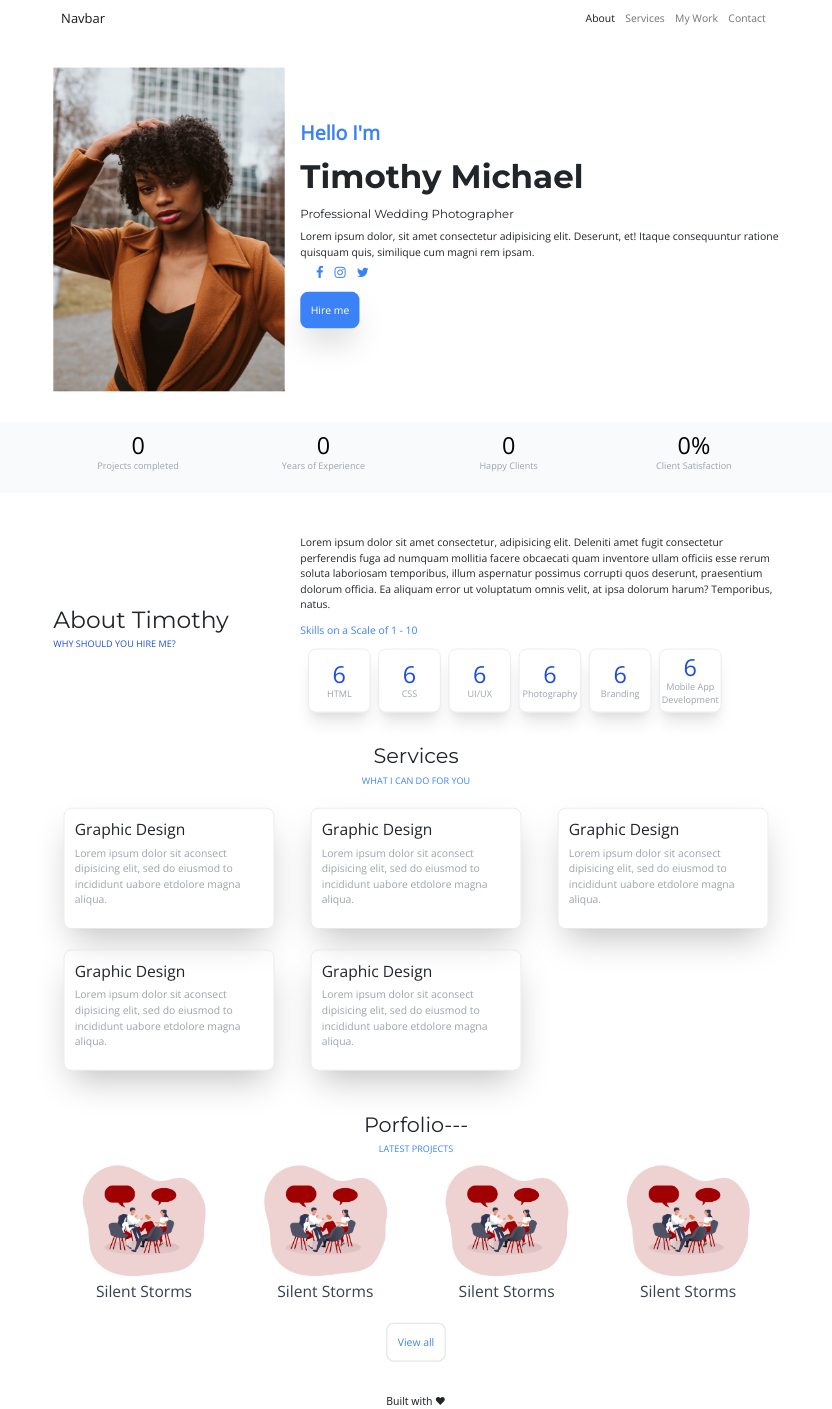
Repository: latenightsnacc/giggles
Page: HTML/freelancer.html
These files come from the project's save history. The page is drawn as it stood at one moment and after the next save; the edit follows.
The browser window is 1280 px wide. The pictures show the whole page, at 65% of full size.
Some web libraries are served in a nearby version.

Above is the page before, as saved 2021-01-03 17:23:42.

### HTML/freelancer.html
<!DOCTYPE html>
<html lang="en">
<head>
    <meta charset="UTF-8">
    <meta name="viewport" content="width=device-width, initial-scale=1.0">
    <link href="https://cdnjs.cloudflare.com/ajax/libs/tailwindcss/2.0.2/tailwind.min.css" rel="stylesheet">
    <link rel="stylesheet" href="https://stackpath.bootstrapcdn.com/font-awesome/4.7.0/css/font-awesome.min.css" />
    <link href="https://cdn.jsdelivr.net/npm/bootstrap@5.0.0-beta1/dist/css/bootstrap.min.css" rel="stylesheet" integrity="sha384-giJF6kkoqNQ00vy+HMDP7azOuL0xtbfIcaT9wjKHr8RbDVddVHyTfAAsrekwKmP1" crossorigin="anonymous">
    <link rel="stylesheet" href="stylesheet.css">
    <title>Freelancer Page</title>
</head>
<body class="overflow-x-hidden">
    <header class="container">
        <nav class="navbar navbar-expand-lg navbar-light bg-white">
            <div class="container-fluid">
              <a class="navbar-brand" href="#">Navbar</a>
              <button class="navbar-toggler" type="button" data-bs-toggle="collapse" data-bs-target="#navbarNavDropdown" aria-controls="navbarNavDropdown" aria-expanded="false" aria-label="Toggle navigation">
                <span class="navbar-toggler-icon"></span>
              </button>
              <div class="collapse navbar-collapse" id="navbarNavDropdown">
                <ul class="navbar-nav ml-auto">
                  <li class="nav-item">
                    <a class="nav-link active" aria-current="page" href="#">About</a>
                  </li>
                  <li class="nav-item">
                    <a class="nav-link" href="#">Services</a>
                  </li>
                  <li class="nav-item">
                    <a class="nav-link" href="#">My Work</a>
                  </li>
                  <li class="nav-item">
                    <a class="nav-link" href="#">Contact</a>
                  </li>
                  <!-- <li class="nav-item dropdown">
                    <a class="nav-link dropdown-toggle" href="#" id="navbarDropdownMenuLink" role="button" data-bs-toggle="dropdown" aria-expanded="false">
                      Dropdown link
                    </a>
                    <ul class="dropdown-menu" aria-labelledby="navbarDropdownMenuLink">
                      <li><a class="dropdown-item" href="#">Action</a></li>
                      <li><a class="dropdown-item" href="#">Another action</a></li>
                      <li><a class="dropdown-item" href="#">Something else here</a></li>
                    </ul>
                  </li> -->
                </ul>
              </div>
            </div>
        </nav>
    </header>
    <main>
        <!--User Banner-->
        <div class="container mt-5">
            <div class="row flex items-center h-auto">
                <div class="col-sm-12 col-md-4 col-lg-4 col-xl-4">
                    <img src="assets/userDp.jpg" alt="Profile Picture">
                </div>
                <div class="col-sm-12 col-md-8 col-lg-8 col-xl-8">
                    <div class="user-info">
                        <span class="semi-bold text-blue-500 py-10">Hello I'm</span>
                        <h1>Timothy Michael</h1>
                        <h2>Professional Wedding Photographer</h2>
                        <p>Lorem ipsum dolor, sit amet consectetur adipisicing elit. Deserunt, et! Itaque consequuntur ratione quisquam quis, similique cum magni rem ipsam.</p>
                        <div class="container">
                            <a href="#" class="text-xl text-blue-500 no-underline hover:text-blue-700">
                                <i class="fa fa-facebook-f"></i>
                            </a>
                            <a href="#" class="text-xl ml-3 text-blue-500 no-underline hover:text-blue-700">
                                <i class="fa fa-instagram"></i>
                            </a>
                            <a href="#" class="text-xl ml-3 text-blue-500 no-underline hover:text-blue-700">
                                <i class="fa fa-twitter"></i>
                            </a>
                        </div>
                        <button class="bg-blue-500 hover:bg-blue-700 text-white p-3 semi-bold rounded-xl shadow-2xl my-3">Hire me</button>
                    </div>
                </div>
            </div>
        </div>
        <!--User Statisitics-->
        <div class="stats w-full bg-gray-50 flex items-center h-auto py-3 mt-5">
            <div class="container">
                <div class="row">
                    <div class="stat-box col text-center">
                        <div class="bold text-4xl text-black">0</div>
                        <p class="text-sm text-gray-400">Projects completed</p>

                    </div>
                    <div class="stat-box col text-center">
                        <div class="bold text-4xl text-black">0</div>
                        <p class="text-sm text-gray-400">Years of Experience</p>
                    </div>
                    <div class="stat-box col text-center">
                        <div class="bold text-4xl text-black">0</div>
                        <p class="text-sm text-gray-400">Happy Clients</p>
                    </div>
                    <div class="stat-box col text-center">
                        <div class="bold text-4xl text-black">0%</div>
                        <p class="text-sm text-gray-400">Client Satisfaction</p>
                    </div>
                </div>
            </div>
        </div>
        <!--About User-->
        <div class="container my-5">
            <div class="row h-auto flex flex-row items-center">
                <div class="col-sm-12 col-md-6 col-lg-4 col-xl-4 pt-5">
                    <h3 class="text-4xl">About Timothy</h3>
                    <p class="text-sm text-blue-700 uppercase semi-bold">Why should you hire me?</p>
                </div>
                <div class="col-sm-12 col-md-6 col-lg-8 col-xl-8 pt-3">
                    <p>Lorem ipsum dolor sit amet consectetur, adipisicing elit. Deleniti amet fugit consectetur perferendis fuga ad numquam mollitia facere obcaecati quam inventore ullam officiis esse rerum soluta laboriosam temporibus, illum aspernatur possimus corrupti quos deserunt, praesentium dolorum officia. Ea aliquam error ut voluptatum omnis velit, at ipsa dolorum harum? Temporibus, natus.</p>
                    <span class="bold text-blue-500">Skills on a Scale of 1 - 10</span>
                    <div class="d-flex flex-wrap">
                        <div class="skill-box shadow-xl max-w-sm w-24 p-2 ml-3 mt-3 border border-gray-100 rounded-xl flex flex-col items-center justify-center text-center">

                            <span class="text-blue-700 bold text-4xl">6</span>
                            <div class="text-sm text-gray-400">HTML</div>
                        </div>
                        <div class="skill-box shadow-xl max-w-sm w-24 p-2 ml-3 mt-3 border border-gray-100 rounded-xl flex flex-col items-center justify-center text-center">

                            <span class="text-blue-700 bold text-4xl">6</span>
                            <div class="text-sm text-gray-400">CSS</div>
                        </div>
                        <div class="skill-box shadow-xl max-w-sm w-24 p-2 ml-3 mt-3 border border-gray-100 rounded-xl flex flex-col items-center justify-center text-center">

                            <span class="text-blue-700 bold text-4xl">6</span>
                            <div class="text-sm text-gray-400">UI/UX</div>
                        </div>
                        <div class="skill-box shadow-xl max-w-sm w-24 p-2 ml-3 mt-3 border border-gray-100 rounded-xl flex flex-col items-center justify-center text-center">

                            <span class="text-blue-700 bold text-4xl">6</span>
                            <div class="text-sm text-gray-400">Photography</div>
                        </div>
                        <div class="skill-box shadow-xl max-w-sm w-24 p-2 ml-3 mt-3 border border-gray-100 rounded-xl flex flex-col items-center justify-center text-center">

                            <span class="text-blue-700 bold text-4xl">6</span>
                            <div class="text-sm text-gray-400">Branding</div>
                        </div>
                        <div class="skill-box shadow-xl max-w-sm w-24 p-2 ml-3 mt-3 border border-gray-100 rounded-xl flex flex-col items-center justify-center text-center">

                            <span class="text-blue-700 bold text-4xl">6</span>
                            <div class="text-sm text-gray-400">Mobile App Development</div>
                        </div>
                    </div>
                </div>
            </div>
        </div>
        <!--Services User Provides-->
        <div class="container my-5">
            <h2 class="text-center">Services</h2>
            <p class="text-blue-500 text-sm uppercase text-center uppercase">What I can do for you</p>
            <div class="row">
                <div class="col-xs-12 col-sm-12 col-md-3 col-lg-3 col-xl-4">
                    <div class="max-w-sm shadow-2xl border border-blue-300 rounded-xl p-3 m-3 hover:bg-blue-500 hover:text-white">
                        <div class="service-title text-2xl bold  pb-2">Graphic Design</div>
                        <p class="text-md text-gray-400 hover:text-gray-50">Lorem ipsum dolor sit aconsect dipisicing elit, sed do eiusmod to incididunt uabore etdolore magna aliqua.</p>
                    </div>
                </div>
                <div class="col-xs-12 col-sm-12 col-md-3 col-lg-3 col-xl-4">
                    <div class="max-w-sm shadow-2xl border border-blue-300 rounded-xl p-3 m-3 hover:bg-blue-500 hover:text-white">
                        <div class="service-title text-2xl bold  pb-2">Graphic Design</div>
                        <p class="text-md text-gray-400 hover:text-gray-50">Lorem ipsum dolor sit aconsect dipisicing elit, sed do eiusmod to incididunt uabore etdolore magna aliqua.</p>
                    </div>
                </div>
                <div class="col-xs-12 col-sm-12 col-md-3 col-lg-3 col-xl-4">
                    <div class="max-w-sm shadow-2xl border border-blue-300 rounded-xl p-3 m-3 hover:bg-blue-500 hover:text-white">
                        <div class="service-title text-2xl bold  pb-2">Graphic Design</div>
                        <p class="text-md text-gray-400 hover:text-gray-50">Lorem ipsum dolor sit aconsect dipisicing elit, sed do eiusmod to incididunt uabore etdolore magna aliqua.</p>
                    </div>
                </div>
                <div class="col-xs-12 col-sm-12 col-md-3 col-lg-3 col-xl-4">
                    <div class="max-w-sm shadow-2xl border border-blue-300 rounded-xl p-3 m-3 hover:bg-blue-500 hover:text-white">
                        <div class="service-title text-2xl bold  pb-2">Graphic Design</div>
                        <p class="text-md text-gray-400 hover:text-gray-50">Lorem ipsum dolor sit aconsect dipisicing elit, sed do eiusmod to incididunt uabore etdolore magna aliqua.</p>
                    </div>
                </div>
                <div class="col-xs-12 col-sm-12 col-md-3 col-lg-3 col-xl-4">
                    <div class="max-w-sm shadow-2xl border border-blue-300 rounded-xl p-3 m-3 hover:bg-blue-500 hover:text-white">
                        <div class="service-title text-2xl bold  pb-2">Graphic Design</div>
                        <p class="text-md text-gray-400 hover:text-gray-50">Lorem ipsum dolor sit aconsect dipisicing elit, sed do eiusmod to incididunt uabore etdolore magna aliqua.</p>
                    </div>
                </div>
            </div>

        </div>
        <!--Gallery / User Porfolio-->
        <div class="container my-5">
            <h2 class="text-center">Porfolio---</h2>
            <p class="text-blue-500 text-sm uppercase  uppercase text-center">Latest Projects</p>

            <div class="row mx-auto">
                <div class="col-xs-12 col-sm-12 col-md-6 col-lg-3 col-xl-3">
                    <a href="#" class="no-underline text-center flex flex-col items-center">
                        <img src="assets/brainstorming_session__monochromatic.jpg" alt="latest project" />
                        <div class="title-project text-gray-700 bold text-2xl  hover:underline hover:text-blue-500 py-2">Silent Storms</div>
                    </a>
                </div>
                <div class="col-xs-12 col-sm-12 col-md-6 col-lg-3 col-xl-3">
                    <a href="#" class="no-underline text-center flex flex-col items-center">
                        <img src="assets/brainstorming_session__monochromatic.jpg" alt="latest project" />
                        <div class="title-project text-gray-700 bold text-2xl  hover:underline hover:text-blue-500 py-2">Silent Storms</div>
                    </a>
                </div>
                <div class="col-xs-12 col-sm-12 col-md-6 col-lg-3 col-xl-3">
                    <a href="#" class="no-underline text-center flex flex-col items-center">
                        <img src="assets/brainstorming_session__monochromatic.jpg" alt="latest project" />
                        <div class="title-project text-gray-700 bold text-2xl  hover:underline hover:text-blue-500 py-2">Silent Storms</div>
                    </a>
                </div>
                <div class="col-xs-12 col-sm-12 col-md-6 col-lg-3 col-xl-3">
                    <a href="#" class="no-underline text-center flex flex-col items-center">
                        <img src="assets/brainstorming_session__monochromatic.jpg" alt="latest project" />
                        <div class="title-project text-gray-700 bold text-2xl  hover:underline hover:text-blue-500 py-2">Silent Storms</div>
                    </a>
                </div>

            </div>
            <div class="flex justify-center my-4">
                <button class="text-center bg-white border-2 text-blue-500  p-3 semi-bold rounded-xl hover:border-blue-500">View all</button>
            </div>

        </div>
    </main>
    <footer class="text-center">Built with &hearts; </footer>
    <script src="https://cdn.jsdelivr.net/npm/bootstrap@5.0.0-beta1/dist/js/bootstrap.bundle.min.js" integrity="sha384-ygbV9kiqUc6oa4msXn9868pTtWMgiQaeYH7/t7LECLbyPA2x65Kgf80OJFdroafW" crossorigin="anonymous"></script>

</body>
</html>

### HTML/stylesheet.css
@import url('https://fonts.googleapis.com/css2?family=Montserrat:wght@400;700&family=Open+Sans:wght@300;400&display=swap');

h1, h2, h3, h4, h5, h6 {
    font-family: 'Montserrat', sans-serif;
}
.user-info h1 {
    line-height: 60px;
    font-size: 50px;
    font-weight: 700;
    margin-top: 20px;
}
.user-info h2 {
    line-height: 27px;
    font-size: 18px;
    font-weight: 400;
    margin-top: 15px;
}
.user-info span {
    line-height: 36px;
    font-size: 30px;
    font-weight: 600;
}
.user-info p {
    margin: 5px 0;
}
.user-info button {
    margin-top: 10px;
}
p, div, a, button {
    font-family: 'Open Sans', sans-serif;
    font-weight: 300;
}

After the next save:
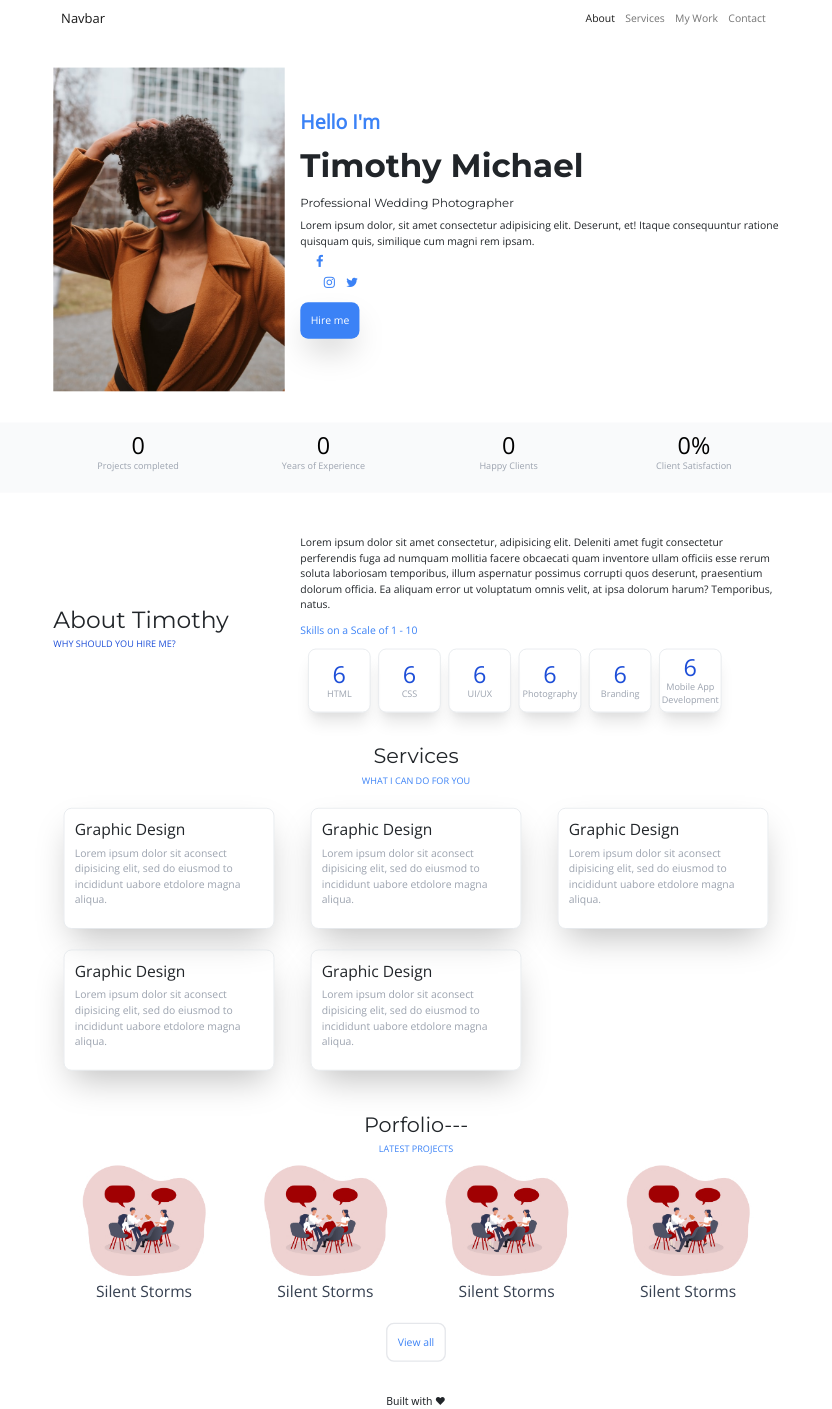
Saved 20 s later.
--- a/HTML/freelancer.html
+++ b/HTML/freelancer.html
@@ -60,9 +60,11 @@
                         <h2>Professional Wedding Photographer</h2>
                         <p>Lorem ipsum dolor, sit amet consectetur adipisicing elit. Deserunt, et! Itaque consequuntur ratione quisquam quis, similique cum magni rem ipsam.</p>
                         <div class="container">
-                            <a href="#" class="text-xl text-blue-500 no-underline hover:text-blue-700">
-                                <i class="fa fa-facebook-f"></i>
-                            </a>
+                            <p>
+                                <a href="#" class="text-xl text-blue-500 no-underline hover:text-blue-700">
+                                    <i class="fa fa-facebook-f"></i>
+                                </a>
+                            </p>
                             <a href="#" class="text-xl ml-3 text-blue-500 no-underline hover:text-blue-700">
                                 <i class="fa fa-instagram"></i>
                             </a>

After the save that followed:
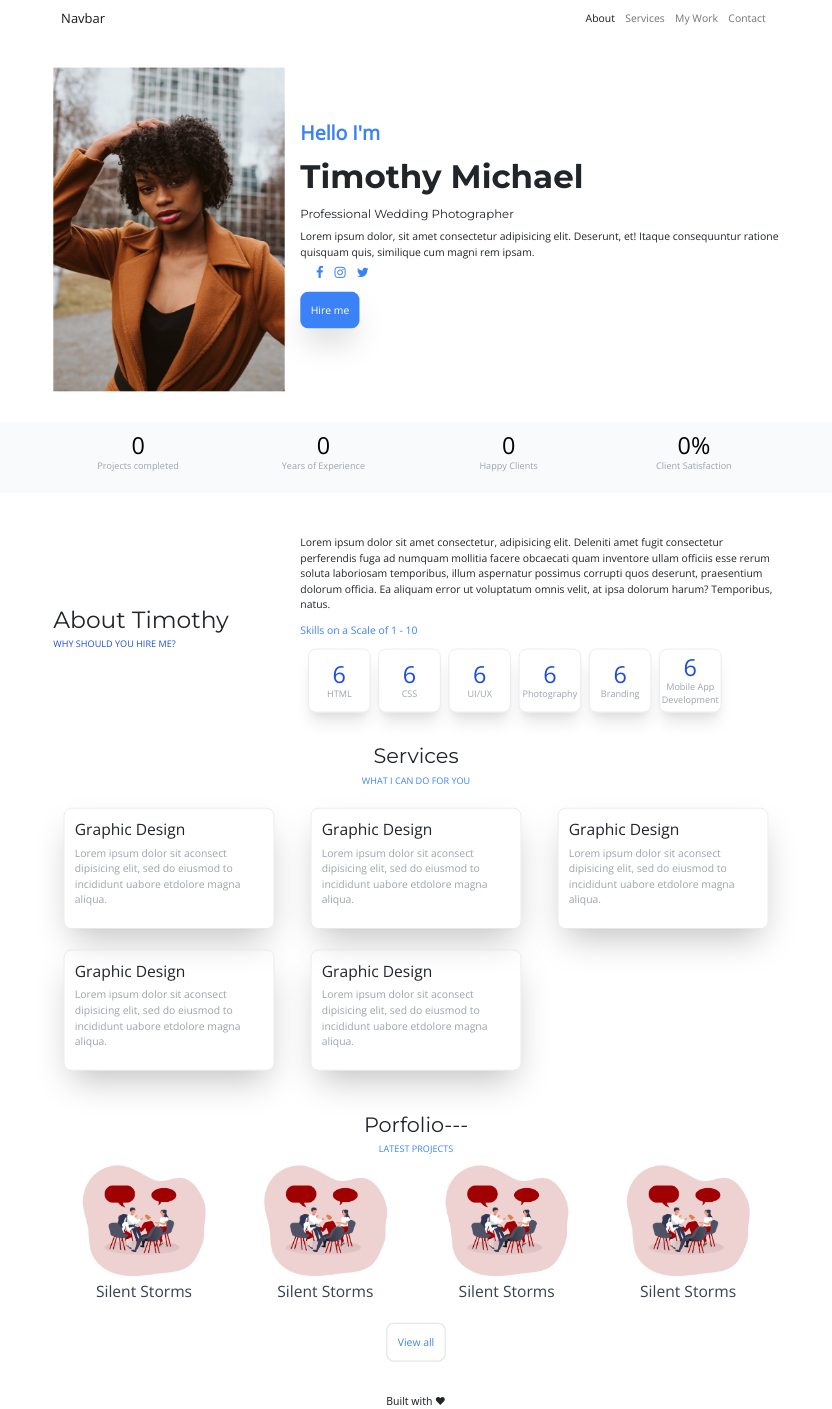
Saved 12 s later.
--- a/HTML/freelancer.html
+++ b/HTML/freelancer.html
@@ -60,11 +60,9 @@
                         <h2>Professional Wedding Photographer</h2>
                         <p>Lorem ipsum dolor, sit amet consectetur adipisicing elit. Deserunt, et! Itaque consequuntur ratione quisquam quis, similique cum magni rem ipsam.</p>
                         <div class="container">
-                            <p>
-                                <a href="#" class="text-xl text-blue-500 no-underline hover:text-blue-700">
-                                    <i class="fa fa-facebook-f"></i>
-                                </a>
-                            </p>
+                            <a href="#" class="text-xl text-blue-500 no-underline hover:text-blue-700">
+                                <i class="fa fa-facebook-f"></i>
+                            </a>
                             <a href="#" class="text-xl ml-3 text-blue-500 no-underline hover:text-blue-700">
                                 <i class="fa fa-instagram"></i>
                             </a>
